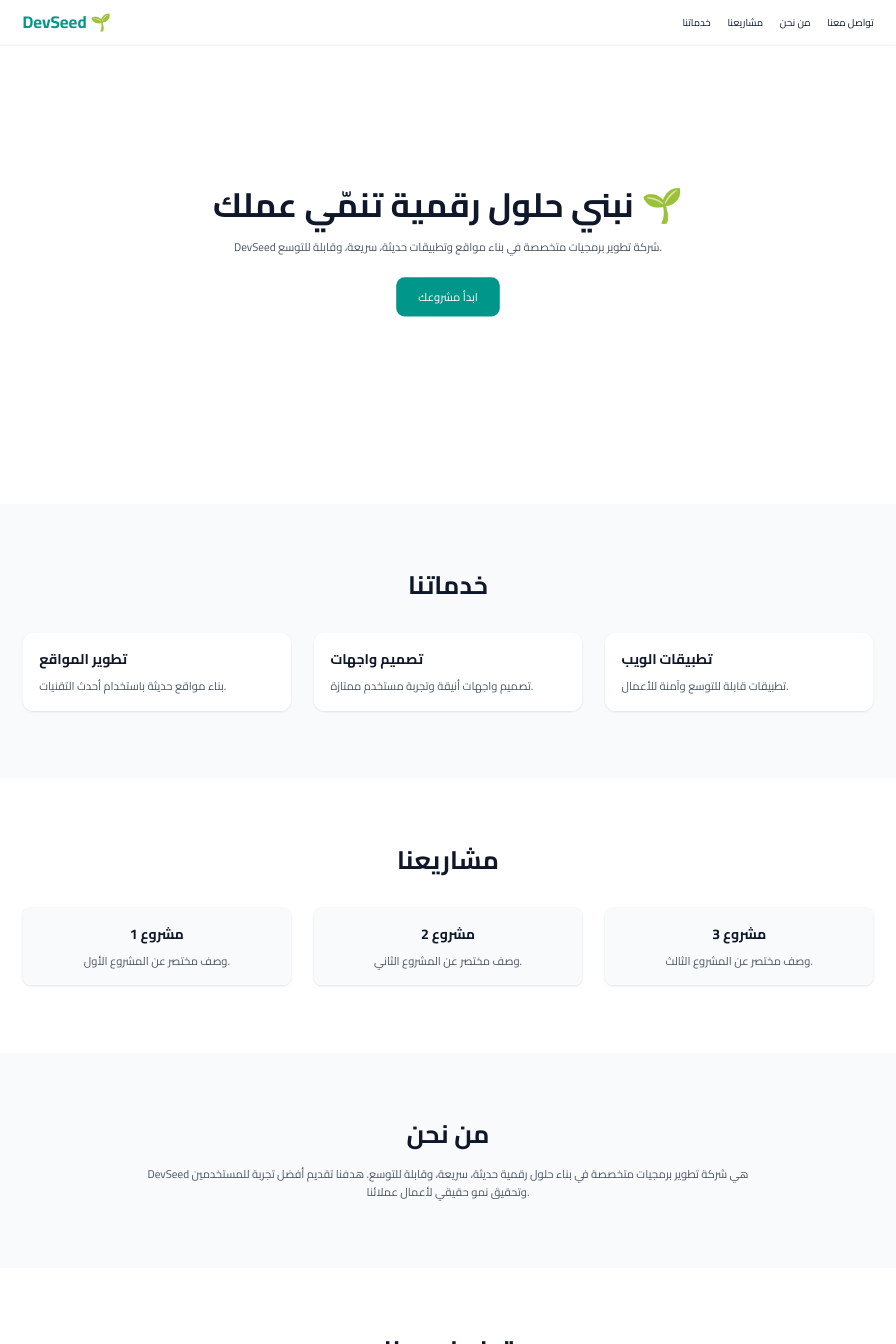
Repository: Ah-m-ed-Dev/devseed
Page: /
The author's editor kept a copy of each file at every save. The page is drawn from the files as they stood at one save, then again after a run of saves.
The browser window is 1280 px wide. The pictures show the part of the page from y = 0 to 1920 px (the page is 2602 px tall), at 70% of full size.
The project was rebuilt for these pictures with package versions that can differ from the ones it lists, and the page was loaded fresh each time. The framework's server and built-in components were replaced by stand-ins that run in the browser. Also part of the build but not shown: next.config.mjs.

Above is the page before, as saved 2026-01-14 15:03:21.

After the next 3 saves:
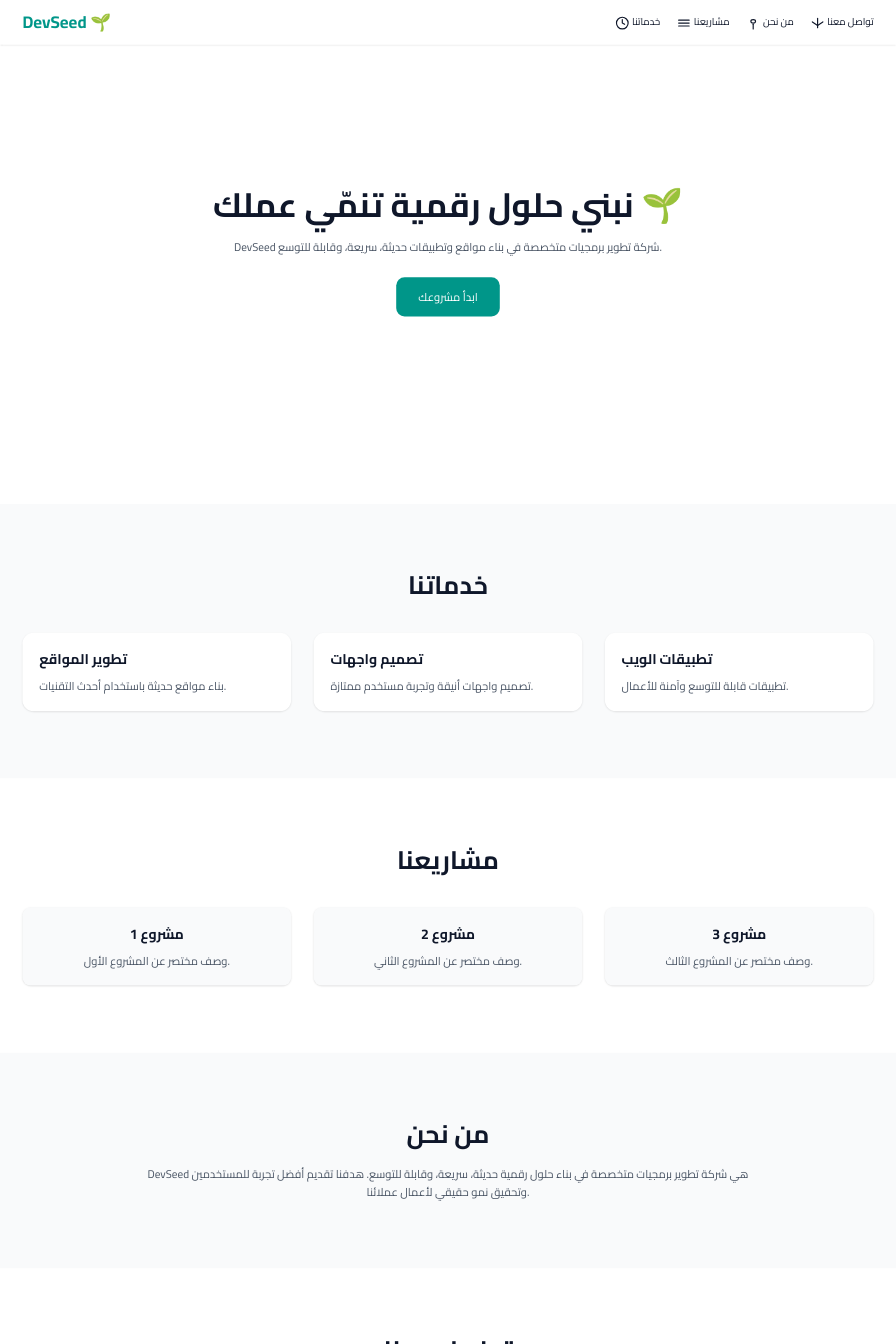
The 3 saves are shown as one change because they came seconds apart.
The last was saved 3 min 13 s later.
--- a/components/layout/navbar.js
+++ b/components/layout/navbar.js
@@ -6,6 +6,57 @@
   const [open, setOpen] = useState(false);
 
   const toggleMenu = () => setOpen(!open);
+
+  // أيقونات SVG جاهزة للاستخدام
+  const icons = {
+    services: (
+      <svg
+        className="w-5 h-5 inline-block mr-1"
+        fill="none"
+        stroke="currentColor"
+        strokeWidth="2"
+        viewBox="0 0 24 24"
+      >
+        <path d="M12 6v6l4 2" strokeLinecap="round" strokeLinejoin="round" />
+        <circle cx="12" cy="12" r="10" strokeLinecap="round" strokeLinejoin="round"/>
+      </svg>
+    ),
+    projects: (
+      <svg
+        className="w-5 h-5 inline-block mr-1"
+        fill="none"
+        stroke="currentColor"
+        strokeWidth="2"
+        viewBox="0 0 24 24"
+      >
+        <path d="M3 7h18M3 12h18M3 17h18" strokeLinecap="round" strokeLinejoin="round" />
+      </svg>
+    ),
+    about: (
+      <svg
+        className="w-5 h-5 inline-block mr-1"
+        fill="none"
+        stroke="currentColor"
+        strokeWidth="2"
+        viewBox="0 0 24 24"
+      >
+        <path d="M12 12c2 0 4-1 4-3s-2-3-4-3-4 1-4 3 2 3 4 3z" strokeLinecap="round" strokeLinejoin="round"/>
+        <path d="M12 14v8" strokeLinecap="round" strokeLinejoin="round"/>
+      </svg>
+    ),
+    contact: (
+      <svg
+        className="w-5 h-5 inline-block mr-1"
+        fill="none"
+        stroke="currentColor"
+        strokeWidth="2"
+        viewBox="0 0 24 24"
+      >
+        <path d="M21 10l-9 6-9-6" strokeLinecap="round" strokeLinejoin="round"/>
+        <path d="M12 4v16" strokeLinecap="round" strokeLinejoin="round"/>
+      </svg>
+    ),
+  };
 
   return (
     <header className="fixed top-0 w-full bg-white z-50 shadow-sm">
@@ -17,10 +68,18 @@
 
         {/* القائمة على Desktop */}
         <div className="hidden md:flex gap-6 text-sm font-medium">
-          <a href="#services" className="hover:text-teal-600 transition">خدماتنا</a>
-          <a href="#projects" className="hover:text-teal-600 transition">مشاريعنا</a>
-          <a href="#about" className="hover:text-teal-600 transition">من نحن</a>
-          <a href="#contact" className="hover:text-teal-600 transition">تواصل معنا</a>
+          <a href="#services" className="hover:text-teal-600 transition">
+            {icons.services}خدماتنا
+          </a>
+          <a href="#projects" className="hover:text-teal-600 transition">
+            {icons.projects}مشاريعنا
+          </a>
+          <a href="#about" className="hover:text-teal-600 transition">
+            {icons.about}من نحن
+          </a>
+          <a href="#contact" className="hover:text-teal-600 transition">
+            {icons.contact}تواصل معنا
+          </a>
         </div>
 
         {/* زر الموبايل */}
@@ -29,7 +88,6 @@
           onClick={toggleMenu}
         >
           <span className="sr-only">فتح القائمة</span>
-          {/* أيقونة الهامبرغر */}
           <div className="space-y-1">
             <span className={`block w-6 h-0.5 bg-teal-600 transition-transform ${open ? "rotate-45 translate-y-2" : ""}`} />
             <span className={`block w-6 h-0.5 bg-teal-600 transition-opacity ${open ? "opacity-0" : ""}`} />
@@ -45,10 +103,18 @@
         }`}
       >
         <div className="flex flex-col items-center gap-6 py-6">
-          <a href="#services" onClick={() => setOpen(false)} className="hover:text-teal-600 transition">خدماتنا</a>
-          <a href="#projects" onClick={() => setOpen(false)} className="hover:text-teal-600 transition">مشاريعنا</a>
-          <a href="#about" onClick={() => setOpen(false)} className="hover:text-teal-600 transition">من نحن</a>
-          <a href="#contact" onClick={() => setOpen(false)} className="hover:text-teal-600 transition">تواصل معنا</a>
+          <a href="#services" onClick={() => setOpen(false)} className="hover:text-teal-600 transition">
+            {icons.services}خدماتنا
+          </a>
+          <a href="#projects" onClick={() => setOpen(false)} className="hover:text-teal-600 transition">
+            {icons.projects}مشاريعنا
+          </a>
+          <a href="#about" onClick={() => setOpen(false)} className="hover:text-teal-600 transition">
+            {icons.about}من نحن
+          </a>
+          <a href="#contact" onClick={() => setOpen(false)} className="hover:text-teal-600 transition">
+            {icons.contact}تواصل معنا
+          </a>
         </div>
       </div>
     </header>

After the save that followed:
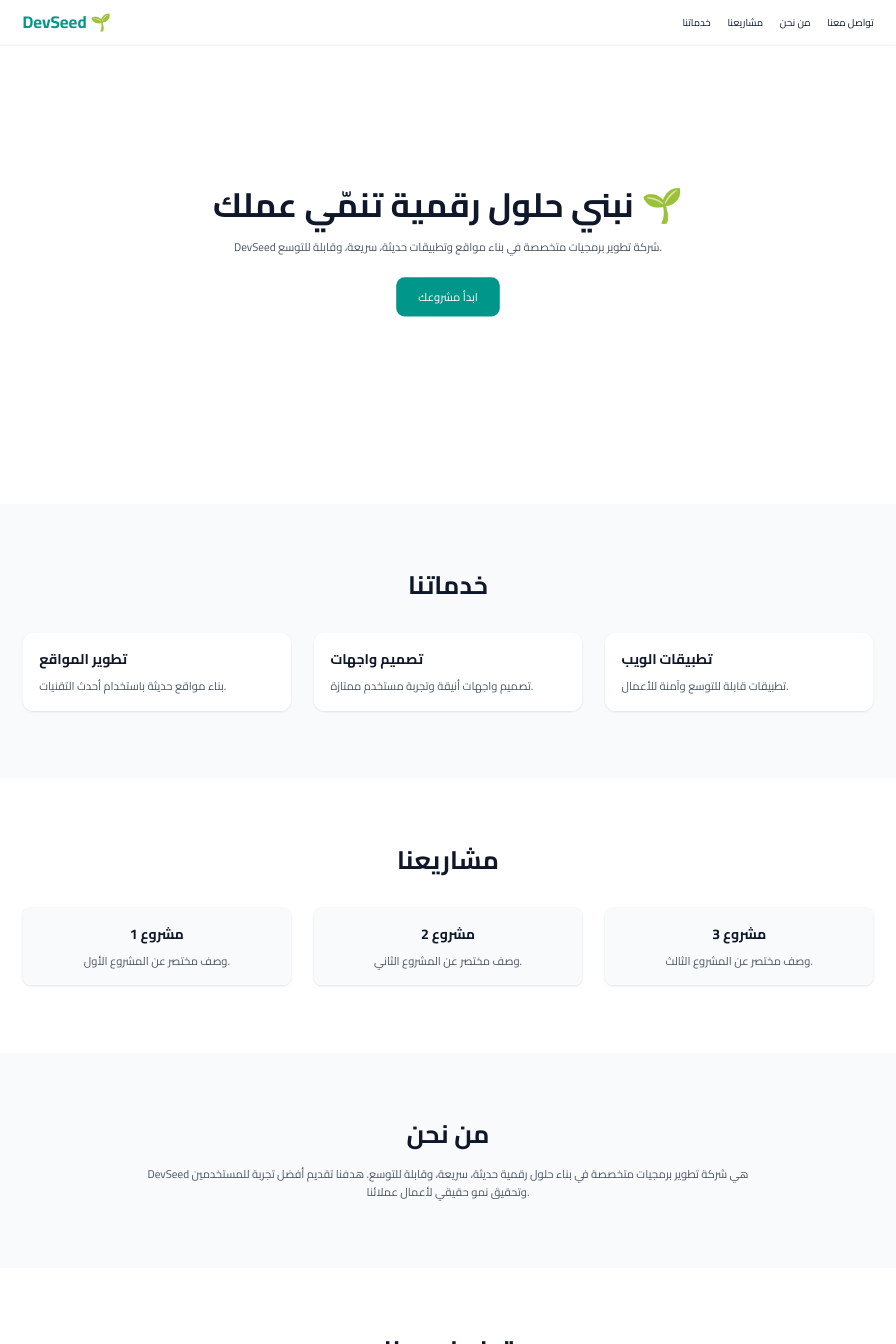
Saved 55 s later.
--- a/components/layout/navbar.js
+++ b/components/layout/navbar.js
@@ -6,57 +6,6 @@
   const [open, setOpen] = useState(false);
 
   const toggleMenu = () => setOpen(!open);
-
-  // أيقونات SVG جاهزة للاستخدام
-  const icons = {
-    services: (
-      <svg
-        className="w-5 h-5 inline-block mr-1"
-        fill="none"
-        stroke="currentColor"
-        strokeWidth="2"
-        viewBox="0 0 24 24"
-      >
-        <path d="M12 6v6l4 2" strokeLinecap="round" strokeLinejoin="round" />
-        <circle cx="12" cy="12" r="10" strokeLinecap="round" strokeLinejoin="round"/>
-      </svg>
-    ),
-    projects: (
-      <svg
-        className="w-5 h-5 inline-block mr-1"
-        fill="none"
-        stroke="currentColor"
-        strokeWidth="2"
-        viewBox="0 0 24 24"
-      >
-        <path d="M3 7h18M3 12h18M3 17h18" strokeLinecap="round" strokeLinejoin="round" />
-      </svg>
-    ),
-    about: (
-      <svg
-        className="w-5 h-5 inline-block mr-1"
-        fill="none"
-        stroke="currentColor"
-        strokeWidth="2"
-        viewBox="0 0 24 24"
-      >
-        <path d="M12 12c2 0 4-1 4-3s-2-3-4-3-4 1-4 3 2 3 4 3z" strokeLinecap="round" strokeLinejoin="round"/>
-        <path d="M12 14v8" strokeLinecap="round" strokeLinejoin="round"/>
-      </svg>
-    ),
-    contact: (
-      <svg
-        className="w-5 h-5 inline-block mr-1"
-        fill="none"
-        stroke="currentColor"
-        strokeWidth="2"
-        viewBox="0 0 24 24"
-      >
-        <path d="M21 10l-9 6-9-6" strokeLinecap="round" strokeLinejoin="round"/>
-        <path d="M12 4v16" strokeLinecap="round" strokeLinejoin="round"/>
-      </svg>
-    ),
-  };
 
   return (
     <header className="fixed top-0 w-full bg-white z-50 shadow-sm">
@@ -68,18 +17,10 @@
 
         {/* القائمة على Desktop */}
         <div className="hidden md:flex gap-6 text-sm font-medium">
-          <a href="#services" className="hover:text-teal-600 transition">
-            {icons.services}خدماتنا
-          </a>
-          <a href="#projects" className="hover:text-teal-600 transition">
-            {icons.projects}مشاريعنا
-          </a>
-          <a href="#about" className="hover:text-teal-600 transition">
-            {icons.about}من نحن
-          </a>
-          <a href="#contact" className="hover:text-teal-600 transition">
-            {icons.contact}تواصل معنا
-          </a>
+          <a href="#services" className="hover:text-teal-600 transition">خدماتنا</a>
+          <a href="#projects" className="hover:text-teal-600 transition">مشاريعنا</a>
+          <a href="#about" className="hover:text-teal-600 transition">من نحن</a>
+          <a href="#contact" className="hover:text-teal-600 transition">تواصل معنا</a>
         </div>
 
         {/* زر الموبايل */}
@@ -88,6 +29,7 @@
           onClick={toggleMenu}
         >
           <span className="sr-only">فتح القائمة</span>
+          {/* أيقونة الهامبرغر */}
           <div className="space-y-1">
             <span className={`block w-6 h-0.5 bg-teal-600 transition-transform ${open ? "rotate-45 translate-y-2" : ""}`} />
             <span className={`block w-6 h-0.5 bg-teal-600 transition-opacity ${open ? "opacity-0" : ""}`} />
@@ -103,18 +45,10 @@
         }`}
       >
         <div className="flex flex-col items-center gap-6 py-6">
-          <a href="#services" onClick={() => setOpen(false)} className="hover:text-teal-600 transition">
-            {icons.services}خدماتنا
-          </a>
-          <a href="#projects" onClick={() => setOpen(false)} className="hover:text-teal-600 transition">
-            {icons.projects}مشاريعنا
-          </a>
-          <a href="#about" onClick={() => setOpen(false)} className="hover:text-teal-600 transition">
-            {icons.about}من نحن
-          </a>
-          <a href="#contact" onClick={() => setOpen(false)} className="hover:text-teal-600 transition">
-            {icons.contact}تواصل معنا
-          </a>
+          <a href="#services" onClick={() => setOpen(false)} className="hover:text-teal-600 transition">خدماتنا</a>
+          <a href="#projects" onClick={() => setOpen(false)} className="hover:text-teal-600 transition">مشاريعنا</a>
+          <a href="#about" onClick={() => setOpen(false)} className="hover:text-teal-600 transition">من نحن</a>
+          <a href="#contact" onClick={() => setOpen(false)} className="hover:text-teal-600 transition">تواصل معنا</a>
         </div>
       </div>
     </header>
